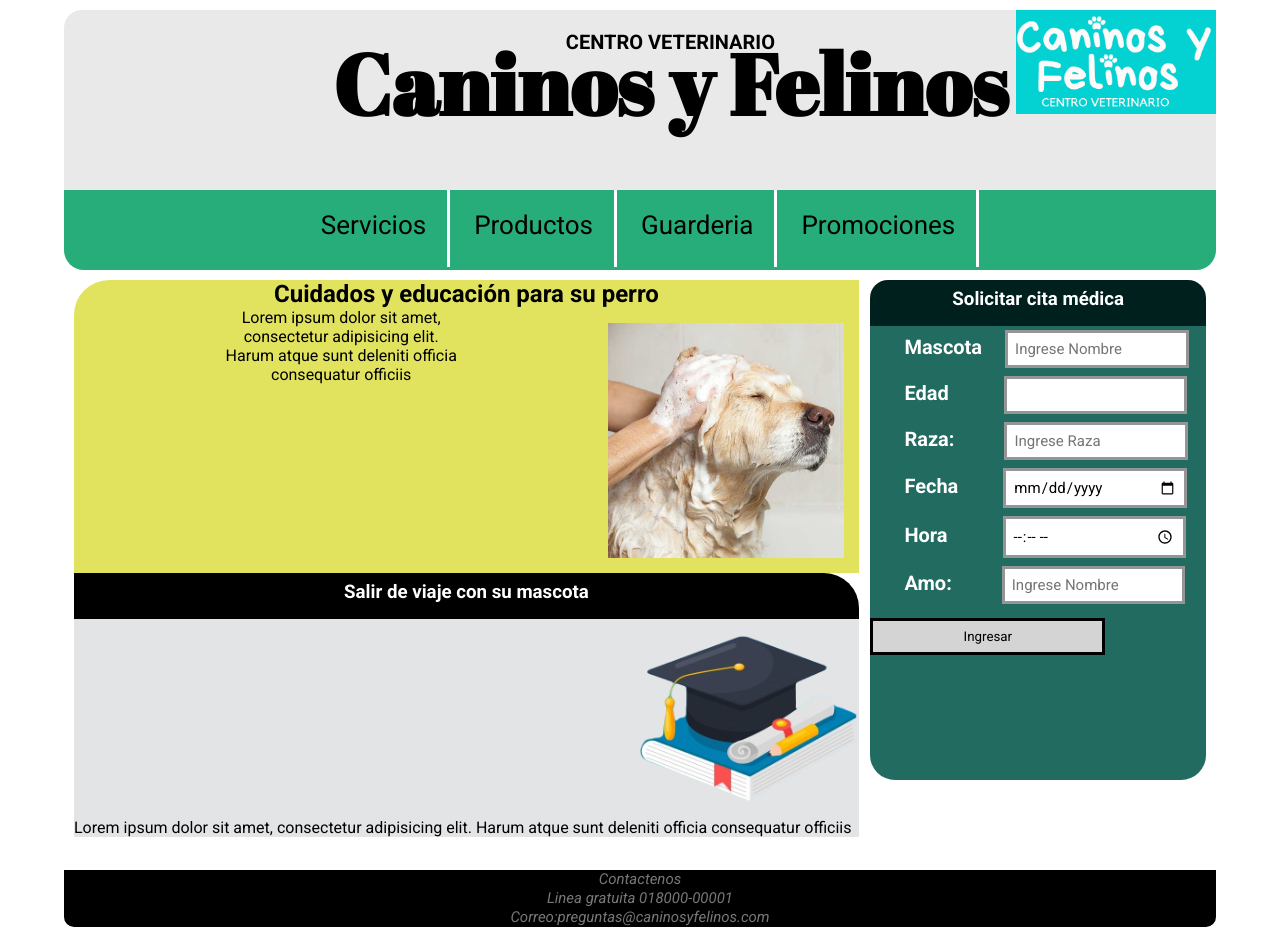
Repository: NickArregoces/Veterinaria
Page: Index.html
The author's editor kept a copy of each file at every save. The page is drawn from the files as they stood at one save, then again after the next save.
The browser window is 1280 px wide. The pictures show the whole page.

Above is the page before, as saved 2021-10-05 17:03:20.

After the next save:
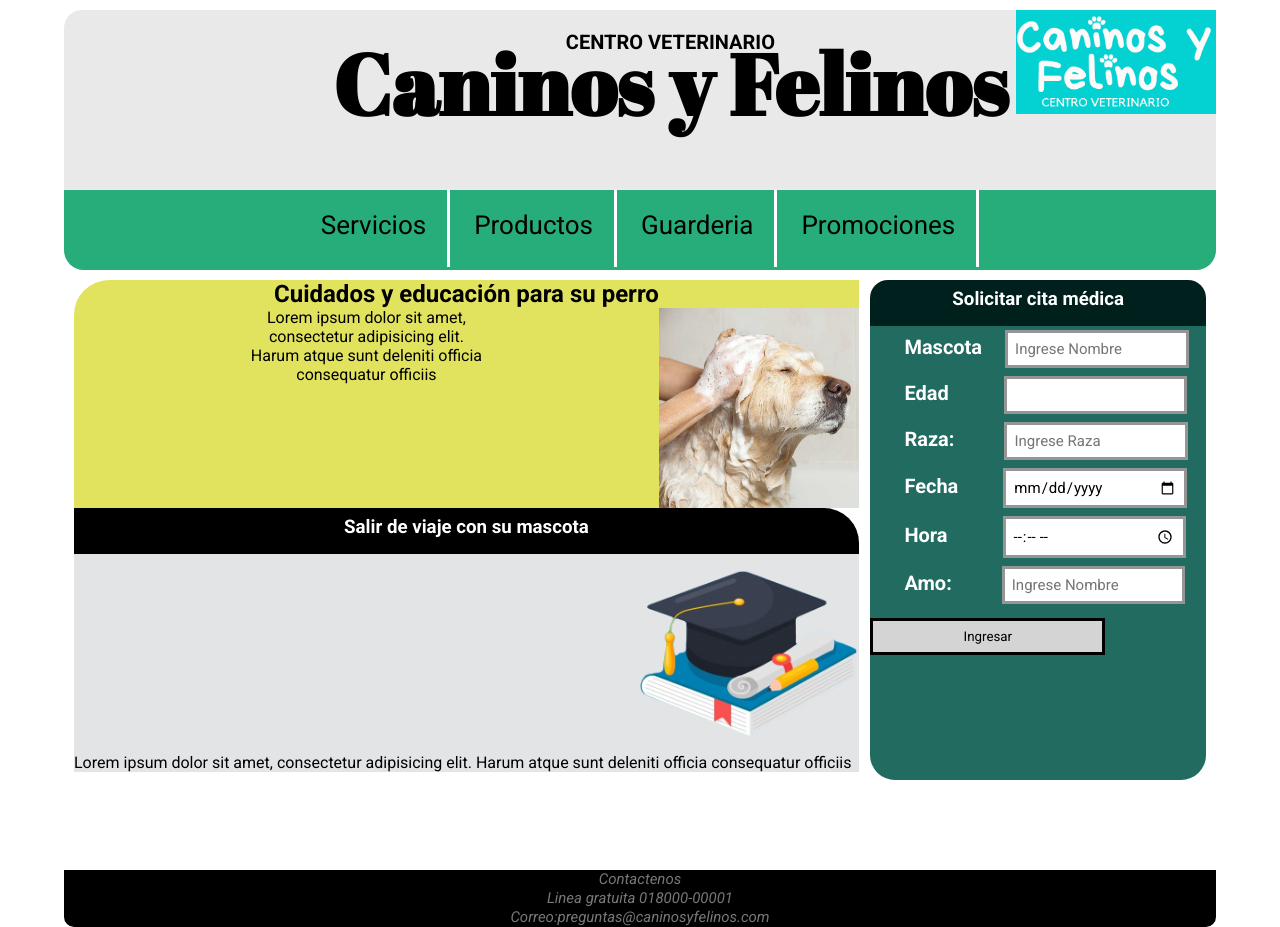
Saved 7 s later.
--- a/CSS/Style.css
+++ b/CSS/Style.css
@@ -162,9 +162,7 @@
         float: right;
     }
         div.Cuidados img {
-            margin-right: 15px;
-            margin-top: 15px;
-            margin-bottom: 15px;
+            margin:
             width: 30%;
             border-color: black;
         }

After the 2 saves that followed:
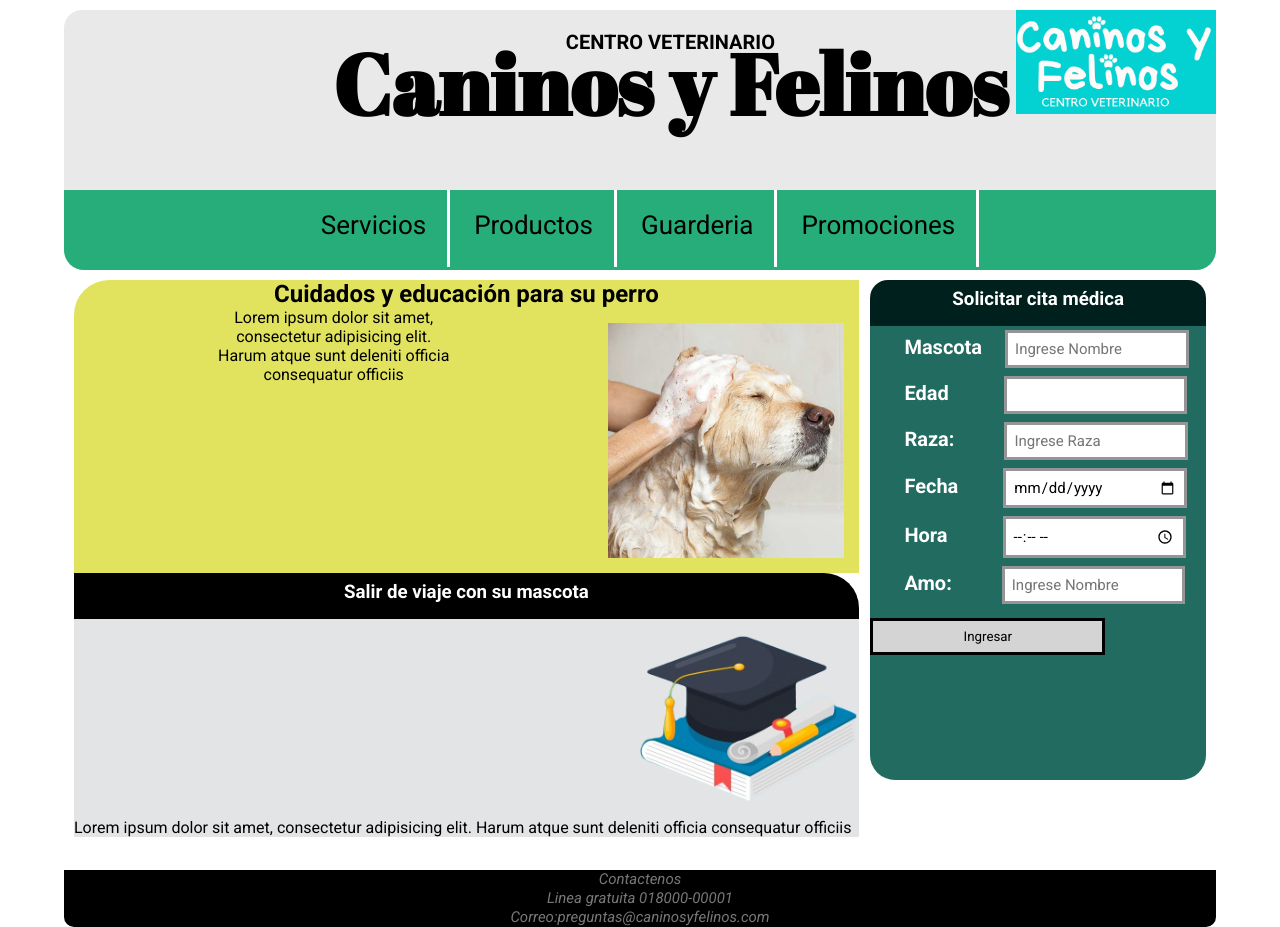
The 2 saves are shown as one change because 1 left the picture as it was.
The last was saved 13 s later.
--- a/CSS/Style.css
+++ b/CSS/Style.css
@@ -162,7 +162,7 @@
         float: right;
     }
         div.Cuidados img {
-            margin:
+            margin: 15px;
             width: 30%;
             border-color: black;
         }
